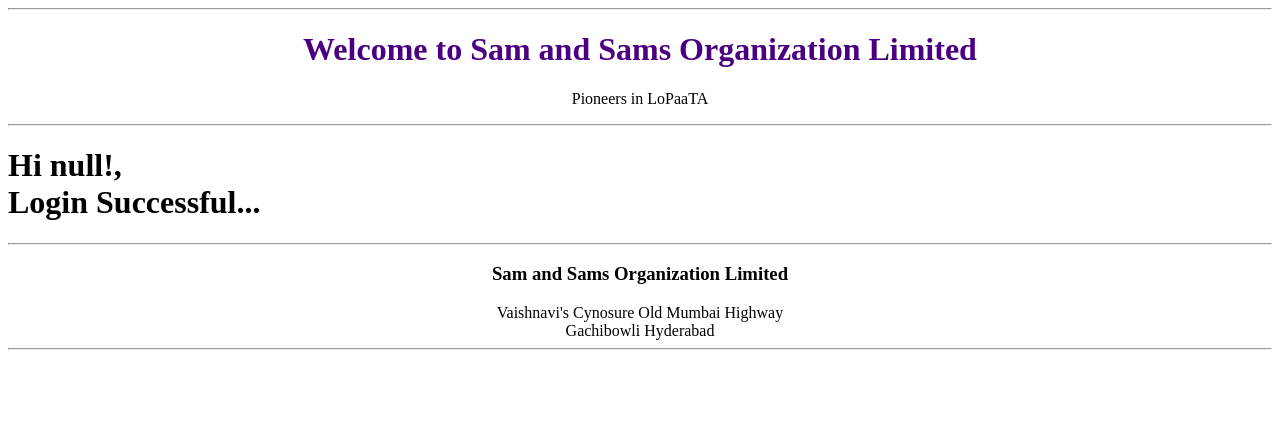
Repository: somnath0796/DeveloperMaterials
Page: http://localhost/JspApp/success.jsp
These files come from the project's save history. The page is drawn as it stood at one moment and after the next save; the edit follows.
The browser window is 1280 px wide. The pictures show the whole page.
The page is served by Tomcat 9. Other server files are loaded and not shown.

Above is the page before, as saved 2018-02-02 06:10:49.

### JspApp/WebContent/success.jsp
<%@ page language="java" contentType="text/html; charset=ISO-8859-1"
    pageEncoding="ISO-8859-1"%>
<!DOCTYPE html PUBLIC "-//W3C//DTD HTML 4.01 Transitional//EN" "http://www.w3.org/TR/html4/loose.dtd">
<html>
<head>
<meta http-equiv="Content-Type" content="text/html; charset=ISO-8859-1">
<title>Login SUCCESS</title>
</head>
<body>
	<%@ include file="header.jsp"%>
	<h1>Hi <%=session.getAttribute("name") %>!,<br>Login Successful...</h1>
	<%@ include file="footer.jsp"%>
</body>
</html>

### JspApp/WebContent/header.jsp
<hr style="color:Red">
<center>
<h1 style="color: Indigo"><b> Welcome to Sam and Sams Organization Limited</b></h1>
<p> Pioneers in LoPaaTA</p>
</center>

<hr style="color: Magenta">

### JspApp/WebContent/footer.jsp
<hr>
<center>
<h3> Sam and Sams Organization Limited </h3>
Vaishnavi's Cynosure Old Mumbai Highway <br/>
Gachibowli Hyderabad<br/>
</center>
<hr>

After the next save:
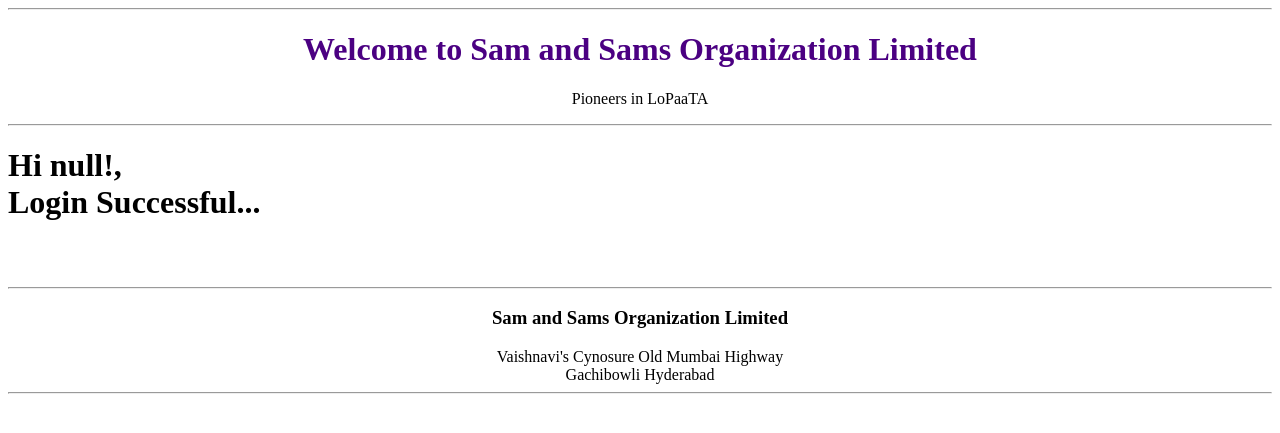
Saved 48 s later.
--- a/JspApp/WebContent/success.jsp
+++ b/JspApp/WebContent/success.jsp
@@ -9,6 +9,8 @@
 <body>
 	<%@ include file="header.jsp"%>
 	<h1>Hi <%=session.getAttribute("name") %>!,<br>Login Successful...</h1>
+
+	<br><br> <a href="logout.jsp"></a>
 	<%@ include file="footer.jsp"%>
 </body>
 </html>
